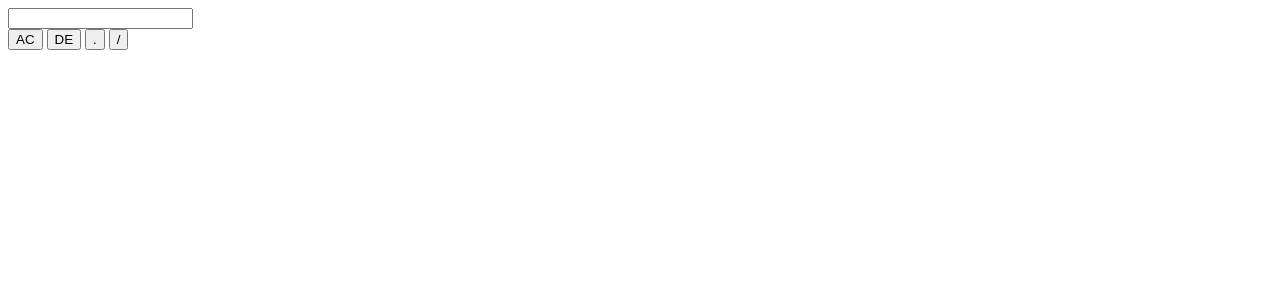
Repository: jerrys-arch/web-calculator
Page: indwx.html
An editor plug-in stored every save of this project. The page is shown before and after a run of saves, followed by the edit.
The browser window is 1280 px wide. The pictures show the whole page.

Above is the page before, as saved 2024-11-30 04:48:43.

### indwx.html
<!DOCTYPE html>
<html lang="en">
<head>
    <meta charset="UTF-8">
    <meta name="viewport" content="width=device-width, initial-scale=1.0">
    <title>calculator</title>
</head>
<body>
    <div class="container">
        <div class="calculator">
            <div class="display">
                <input id="display" type="text">
            </div>
            <div>
                <input type="button" value="AC">
                <input type="button" value="DE">
                <input type="button" value=".">
                <input type="button" value="/">
            </div>
        </div>
    </div>
</body>
</html>

After the next 3 saves:
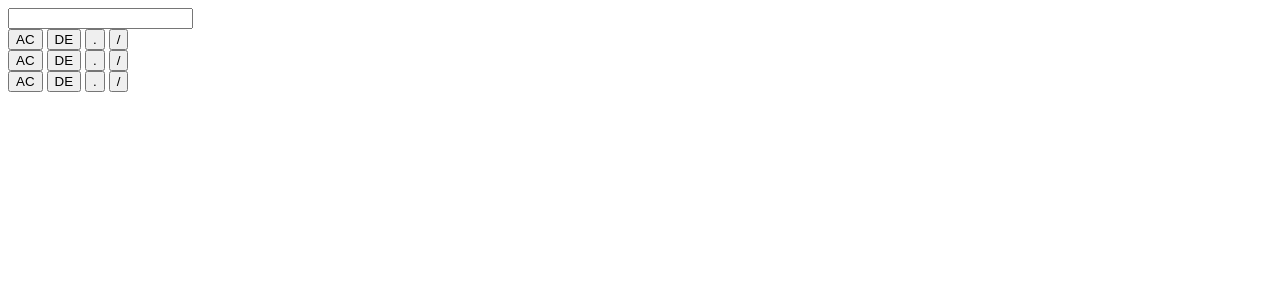
The 3 saves are shown as one change because they came seconds apart.
The last was saved 13 s later.
--- a/indwx.html
+++ b/indwx.html
@@ -17,6 +17,18 @@
                 <input type="button" value=".">
                 <input type="button" value="/">
             </div>
+            <div>
+                <input type="button" value="AC">
+                <input type="button" value="DE">
+                <input type="button" value=".">
+                <input type="button" value="/">
+            </div>
+            <div>
+                <input type="button" value="AC">
+                <input type="button" value="DE">
+                <input type="button" value=".">
+                <input type="button" value="/">
+            </div>
         </div>
     </div>
 </body>
